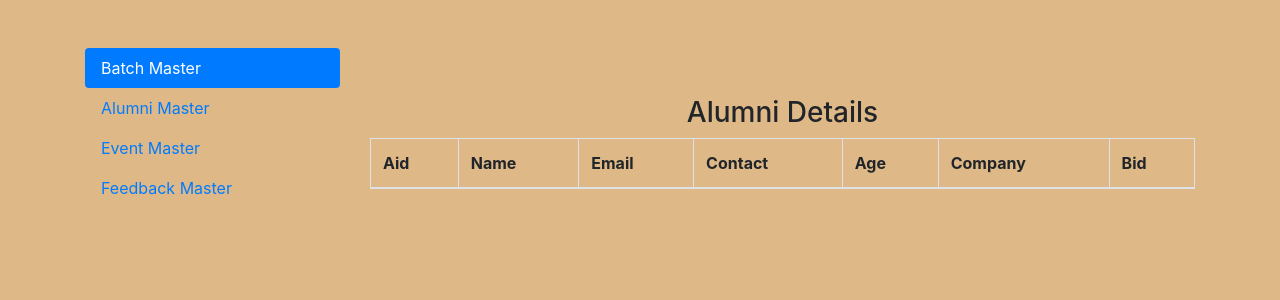
Repository: Shreyash1107/Web_Projects
Page: http://localhost/AlumnieventmanagementApplication/Viewalumni.jsp
The author's editor kept a copy of each file at every save. The page is drawn from the files as they stood at one save, then again after the next save.
The browser window is 1280 px wide. The pictures show the whole page.
The page is served by Tomcat 9. Nobody is signed in. The application's start-up code is not run. Queries for data that is not in the repository find no rows.

Above is the page before, as saved 2024-07-30 07:18:54.

After the next save:
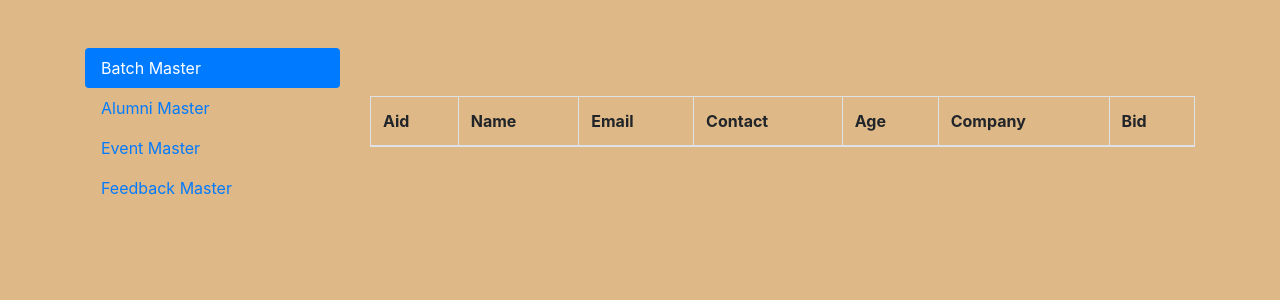
Saved 2 min 57 s later.
--- a/AlumnieventmanagementApplication/src/main/webapp/Viewalumni.jsp
+++ b/AlumnieventmanagementApplication/src/main/webapp/Viewalumni.jsp
@@ -40,9 +40,7 @@
 					<div class="tab-pane fade show active" id="v-pills-home"
 						role="tabpanel" aria-labelledby="v-pills-home-tab">
 						<div class="form-container mt-5">
-						<center>
-							<h3>Alumni Details</h3>
-						</center>
+
 							<table class="table table-bordered">
 								<thead>
 									<tr>
